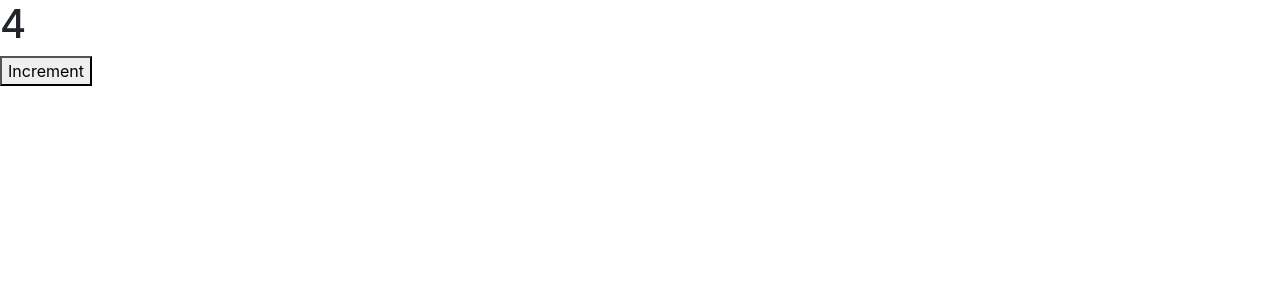
Repository: smk87/First-React-App
Page: /
These files come from the project's save history. The page is drawn as it stood at one moment and after the next save; the edit follows.
The browser window is 1280 px wide. The pictures show the whole page.
The project was rebuilt for these pictures with package versions that can differ from the ones it lists, and the page was loaded fresh each time. Also part of the build but not shown: src/App.css, src/App.js.

Above is the page before, as saved 2019-01-04 20:29:04.

After the next save:
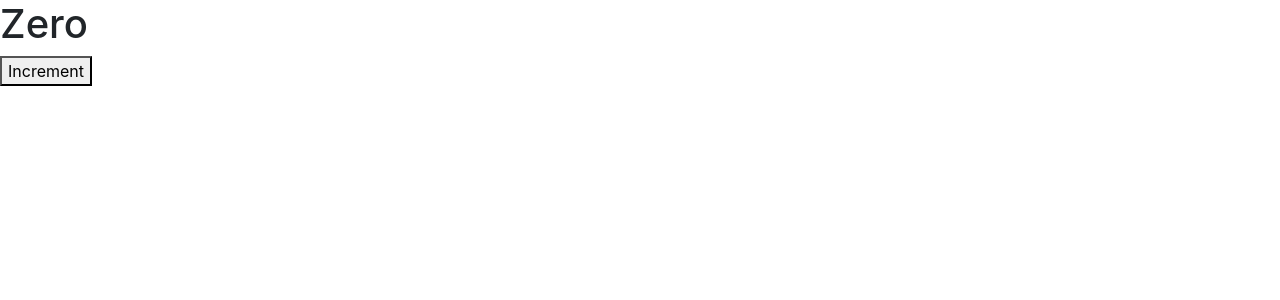
Saved 11 s later.
--- a/src/components/counter.jsx
+++ b/src/components/counter.jsx
@@ -7,7 +7,7 @@ class Counter extends Component {
   render() {
     return (
       <React.Fragment>
-        <h1>{2 + 2}</h1>
+        <h1>{this.formatCount()}</h1>
         <button>Increment</button>
       </React.Fragment>
     );
